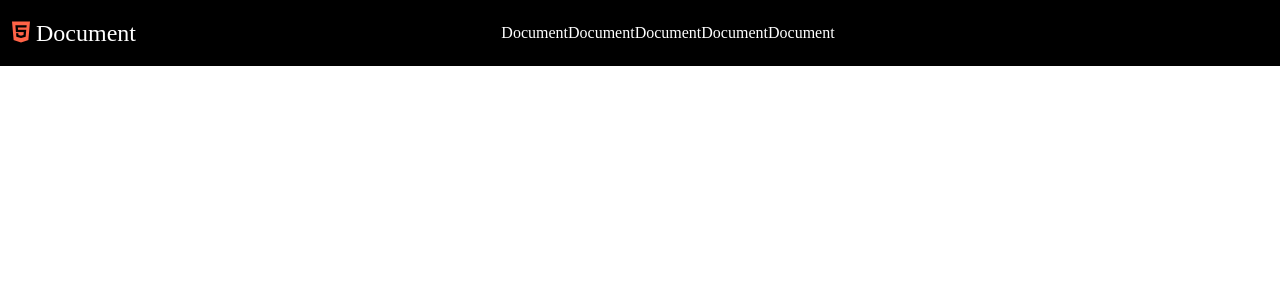
Repository: GoodHoneyCake/Dream_Coding_Academy2
Page: index.html
These files come from the project's save history. The page is drawn as it stood at one moment and after the next save; the edit follows.
The browser window is 1280 px wide. The pictures show the whole page.
Some web libraries are served in a nearby version.

Above is the page before, as saved 2021-01-07 16:28:53.

After the next save:
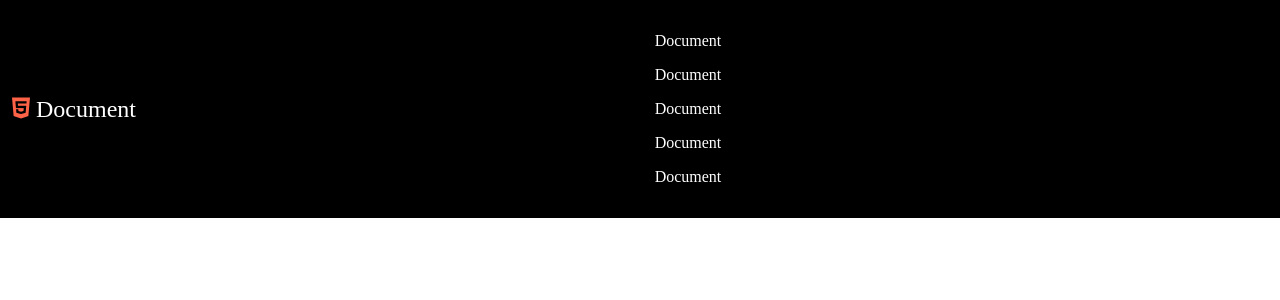
Saved 38 s later.
--- a/index.html
+++ b/index.html
@@ -16,7 +16,7 @@
         <i class="fab fa-html5"></i>
         <a href="">Document</a>
       </div>
-      <ul class="navbar__mene">
+      <ul class="navbar__menu">
         <li><a href="">Document</a></li>
         <li><a href="">Document</a></li>
         <li><a href="">Document</a></li>
